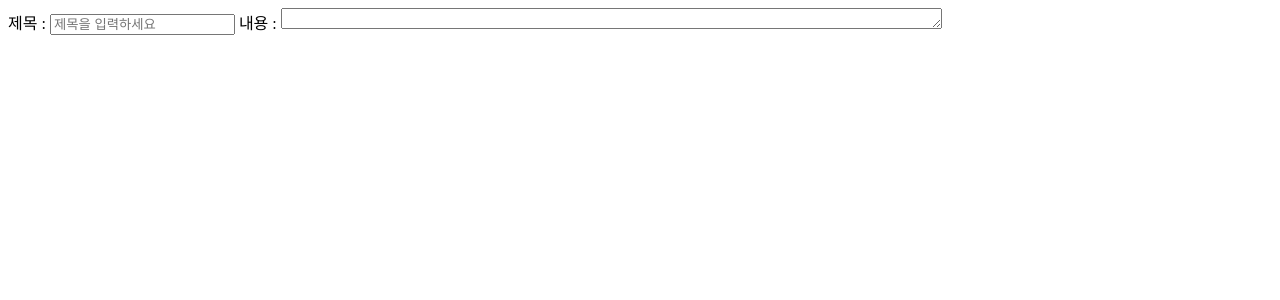
Repository: LeeHyukJe/LHJ
Page: http://localhost/mybbs/mybbs/bbs_action.jsp
The author's editor kept a copy of each file at every save. The page is drawn from the files as they stood at one save, then again after the next save.
The browser window is 1280 px wide. The pictures show the whole page.
The page is served by Tomcat 9.

Above is the page before, as saved 2017-09-25 02:51:06.

After the next save:
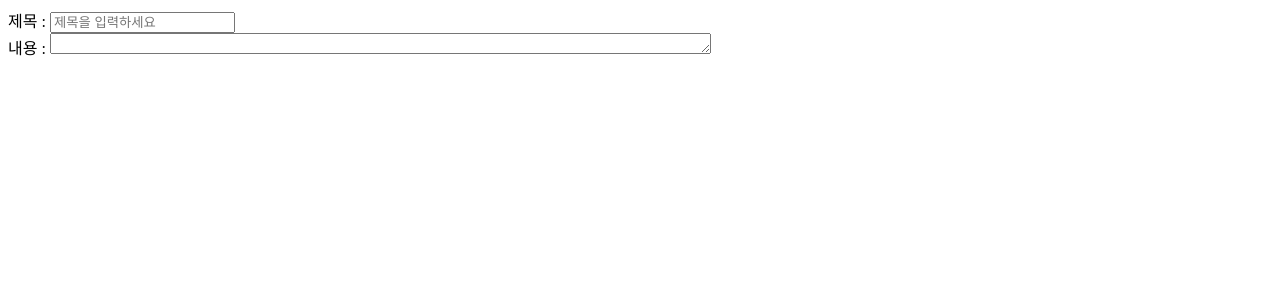
Saved 30 s later.
--- a/mybbs/WebContent/mybbs/bbs_action.jsp
+++ b/mybbs/WebContent/mybbs/bbs_action.jsp
@@ -8,7 +8,7 @@
 </head>
 <body>
 	<form>
-		제목 : <input type="text" name="title" placeholder="제목을 입력하세요">
+		제목 : <input type="text" name="title" placeholder="제목을 입력하세요"><br>
 		내용 : <textarea rows="1" cols="80" name="content" placeholder="여기에  내용을 입력하세요">
 
 		</textarea>
